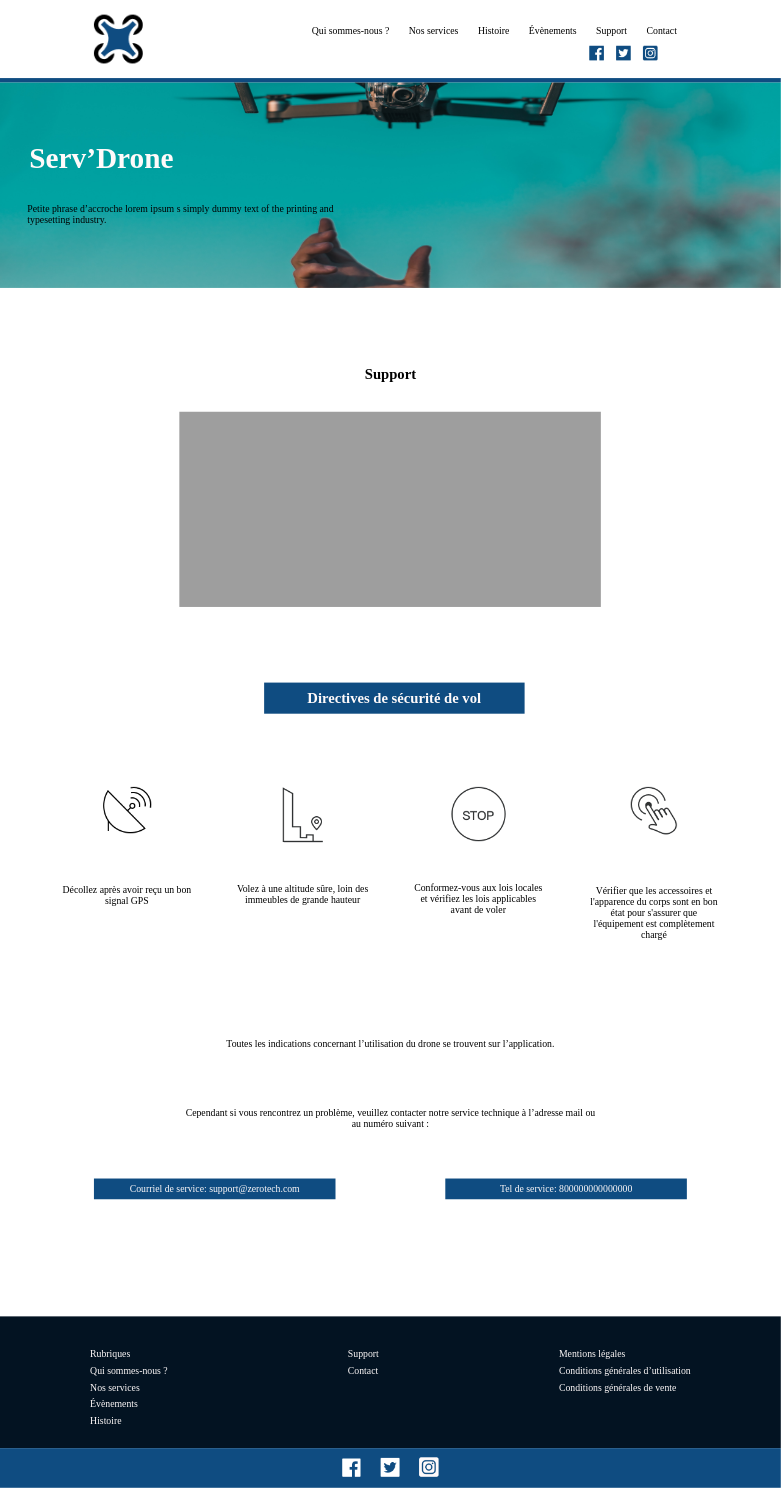
Repository: clairedupuich/serv_drone
Page: http://localhost/support.html
An editor plug-in stored every save of this project. The page is shown before and after a run of saves, followed by the edit.
The browser window is 1280 px wide. The pictures show the whole page, at 61% of full size.
Pictures or frames that could not be fetched are drawn as grey boxes. The page is run by PHP 8.4 with error messages shown; the project is at /var/www/html/.

Above is the page before, as saved 2020-10-29 23:43:03.

### support.html
<!DOCTYPE html>
<html lang="en">

<head>
    <meta charset="UTF-8">
    <meta name="viewport" content="width=device-width, initial-scale=1.0">
    <title>Document</title>
    <link rel="stylesheet" href="style.css">
</head>

<body>
    <header>
        <section class="navLogo">
            <img src="img/Group 5.png" class="logo">
            <div class="navAndIcon">
                <ul class="nav">
                    <li class=""> <a href=""> Qui sommes-nous ?</a></li>
                    <li class=""> <a href=""> Nos services</a></li>
                    <li class=""> <a href=""> Histoire</a></li>
                    <li class=""> <a href=""> Évènements</a></li>
                    <li class=""> <a href=""> Support</a></li>
                    <li class=""> <a href=""> Contact</a></li>
                </ul>

                <div class="iconHeader">
                  <a href="" class="iconHaut"><img src="img/Vector.png" alt=""></a>
                  <a href="" class="iconHaut"><img src="img/Vector(1).png" alt=""></a>
                  <a href="" class="iconHaut"><img src="img/Vector(2).png" alt=""></a>
                </div>
            </div>
        </section>
        <section class="grandImg">
            <h2>Serv’Drone</h2>
            <p class="inHeaderP">Petite phrase d’accroche lorem ipsum s simply dummy text
                of the printing and typesetting industry.</p>
        </section>
    </header>
    <section class="contenueSupport">
        <section class="videoDiv">
            <h2>Support</h2>
            <iframe width="60%" min-width="320px" height="320px" src="https://www.youtube.com/embed/rnkqKYyqMcI" frameborder="0"
                allow="accelerometer; autoplay; clipboard-write; encrypted-media; gyroscope; picture-in-picture"
                allowfullscreen></iframe>
        </section>
        <h2 class="titreIcon">Directives de sécurité de vol</h2>
        <section class="iconText">
            <figure class="fig">
                <img src="img/index7.png" alt="" class="icon icon1" />
                <figcaption>Décollez après avoir reçu un bon signal GPS</figcaption>
            </figure>
            <figure class="fig">
                <img src="img/index5.png" alt="" class="icon" />
                <figcaption>Volez à une altitude sûre, loin des immeubles de grande hauteur</figcaption>
            </figure>
            <figure class="fig">
                <img src="img/index4.png" alt="" class="icon" />
                <figcaption>Conformez-vous aux lois locales et vérifiez les lois applicables avant de voler</figcaption>
            </figure>
            <figure class="fig">
                <img  src="img/index6.png" alt="" class="icon icon4" />
                <figcaption>Vérifier que les accessoires et l'apparence du corps sont en bon état pour s'assurer que
                    l'équipement est complètement chargé</figcaption>
            </figure>
        </section>
        <section class="">
            <p class="repaire">Toutes les indications concernant l’utilisation du drone se trouvent sur l’application.</p>
            <p class="repaire">Cependant si vous rencontrez un problème, veuillez contacter notre service technique à l’adresse mail ou au numéro suivant :</p>
            <div class="teleMail">
                <p class="tele">Courriel de service: support@zerotech.com</p>
                <p class="mail">Tel de service: 800000000000000</p>
            </div>
        </section>
    </section>
    <footer>
        <div class="textFooterC">
            <div class="texFooter">
                <a href="" class="textFooterEle">Rubriques</a>
                <a href="" class="textFooterEle">Qui sommes-nous ? </a>
                <a href="" class="textFooterEle">Nos services</a>
                <a href="" class="textFooterEle">Évènements</a>
                <a href="" class="textFooterEle">Histoire</a>


            </div>
            <div class="texFooter">
                <a href="" class="textFooterEle">Support</a>
                <a href="" class="textFooterEle">Contact</a>
            </div>
            <div class="texFooter">
                <a href="" class="textFooterEle">Mentions légales</a>
                <a href="" class="textFooterEle">Conditions générales d’utilisation</a>
                <a href="" class="textFooterEle">Conditions générales de vente</a>
            </div>
        </div>
        <div class="iconsFooter">
               <img src="img/Vector 1.png" alt="" class="iconFooter">
               <img src="img/Vector2.png" alt="" class="iconFooter">
               <img src="img/Vector 3.png" alt="" class="iconFooter">
        </div>
    </footer>
</body>

</html>

### style.css
/* header commence ci-desous */
.navLogo {
    display: flex;
    flex-wrap: wrap;
    flex-direction: row;
    justify-content: space-around;
    align-items: center;
    padding: 1.5em;
}
.logo {
    width: 5em;
    height: 5em;
    margin-left: 0;
}
.nav {
    display: flex;
    flex-wrap: wrap;
    flex-direction: row;
    justify-content: space-between;
    margin-bottom: 0;
}
.nav > li {
    text-decoration: none;
    transition-property: transform;
    transition-duration: .2s;
    transform: scale(1);
    padding: 1em;
    list-style: none;
}
.nav > li > a {
    list-style: none;
    color:black;
    text-decoration: none;

}
.nav > li:hover {
    transform: scale(1.3);
    color: rgb(10, 23, 204);

}

.nav > li > a:hover {
    transform: scale(1.3);
    color: rgb(10, 23, 204);

}
.iconHeader {
    text-align: end;
   margin-right: 3em;
}
.iconHaut {
    margin-left: 1em;
}
.grandImg {
    background-image: url(img/headerimg.png);
    border-top: 7px solid #0F4C81;
    background-repeat: no-repeat;
    background-origin: border-box;
    background-position: center;
}
.grandImg > h2 {
    color: snow;
    font-size:3em ;
    margin: 0 auto 1em 1em;
    padding-top: 2em;
}
.inHeaderP {
    width: 40%;
    margin-bottom: 7em;
    padding-bottom: 8%;
    padding-left: 3.5%;
}
@media screen and (max-width: 770px) {
    .inHeaderP {
        width: 70%;
        margin-bottom: 6em;
        padding: 8% auto;
    }
    .grandImg > h2 {
        color: snow;
        font-size:2em ;
        margin: 0 auto 1em 1em;
        padding-top: 2em;
    }
}
/* page support commence */
*{
    margin: 0;
    padding: 0;
}
.videoDiv,
.iconText, {
    margin-bottom: 7em;
}
.contenueSupport {
   margin: 4em auto;
   padding: 1em 4em;
   text-align: center;
}
iframe {
    min-width: 300px;
}
.videoDiv > h2 {
   margin-bottom: 2em;
}

/* les icons de page support commence */
.titreIcon {
    color: snow;
    background-color: #0F4C81;
    margin: 5em 32%;
    padding: .5em;
    width: 35%;
}

.iconText {
    display: flex;
    flex-direction: row;
    flex-wrap: wrap;
    justify-content: space-around;
}
.fig {
    width: 25%;
    margin-bottom: 7em;
}
.icon {
    margin-bottom: 2em;
}
.icon1,
.icon4 {
    margin-bottom: 3em;
}
.fig > figcaption {
    text-align: center;
    padding: 2em;
}

.repaire {
    margin-bottom: 4em;
    padding: 1em 15em;
}
.teleMail {
    display: flex;
    flex-direction: row;
    flex-wrap: wrap;
    justify-content: space-around;
}
.tele,
.mail {
    color: snow;
    background-color: #0F4C81;
    margin-bottom: 3em;
    padding: .5em;
    width: 33%;
}

/* page qui somme nous commence */
.quiHaut {
    text-align: center;
    background-color: #031322;
    background-clip: border-box;
    padding: 3em 17%;
    color: snow;
}
.littleTitre {
    font-weight: bold;
    padding: 2em;
    font-size: 1.2em;
}
.quiText {
    padding-bottom: 9em;
    line-height: 1.5em;
    text-align: justify;
}
.chefs {
    /* background-color: #031322; */
    background-clip: border-box;
    padding:2em 8%;
   /*  color: snow; */
}
.chefs > h4 {
    margin-left: 4em;
}
.man {
    display: flex;
    flex-wrap: wrap;
    flex-direction: row;
    justify-content: space-around;
    margin-bottom: 6em;
}
.imgMan2 {
    display: none;
}
.manText {
    width: 35%;
    text-align: justify;

}
@media screen and (max-width: 380px){
    .manText {
        width: 65%;
        text-align: justify;

    }
    .imgMan2 {
        display: block;
    }
    .imgManComputer {
        display: none;
    }
}

/* footer commence */
footer {

    color: snow;
    margin-top: 8em;
}
.textFooterC {
    background-color: #031322;
    display: flex;
    flex-direction: row;
    flex-wrap: wrap;
    justify-content: space-around;
    padding-top: 3em;
    padding-bottom: 2em;
}
.texFooter {
    display: flex;
    flex-direction: column;
    line-height: 1.7em;
    background-clip: border-box;
}
/* .textFooter2 {
    margin-right: 19em;
} */
.textFooterEle {
    text-decoration: none;
    list-style: none;
    color: snow;
}
.iconsFooter {
    background-color: #0F4C81;
    text-align: center;
}
.iconFooter{
   padding: 0.9em;
}

/* page contact commence */
.contenueContact {
    padding:2em 9%;
    background-color: #f2f3f3;
    background-clip: border-box;
}
.contact {
    display: flex;
    flex-direction: row;
    flex-wrap: wrap;
    justify-content: space-around;
    margin-bottom: 3em;
}
.contact > p {
    background-color: #ffffff;
    padding: 10% 2em;
    border-radius: 3em;
    margin-bottom: 1.5em;

}
.contact > p > span {
    font-size: 1.5em;
    display: block;
    margin-bottom: 1em;
}
.contact_img {
    border-radius: 3em;
    width: 40%;
    min-width: 20em;
}

/* formulaire ci-desous */
.cont h2 {
    margin: 6em auto 2em;
    text-align: center;
    width: 80%;
}

.hform {

    background-image: url(img/drone2.png);
    background-repeat: no-repeat;
    background-position-x: right;
    background-position-y: top;
}

.cont h3 {
    margin-bottom: 1em;
}

.contat-p {
    padding: 8px auto;
}

form {
    margin-top: 1.5em;

}

.nomemail {
    display: flex;
    flex-direction: row;
    flex-wrap: wrap;
    justify-content: space-between;

}

.form-nom {
    width: 40%;
    min-width: 16em;
}

.form-emil {
    width: 40%;
    margin-right:.5em;
    min-width: 16em;
}

.name {

    color: rgb(39, 37, 37);
    padding: 1em;
    width: 100%;
    margin: 0.7em auto;
}

.textarea {
    width: 100%;
    padding: 1.5em;
    font-size: 1em;
    margin-bottom: 2em;
    font-style: italic;

}

.contact-submit input {
    padding: .6em;
    font-size: 1em;
    background-color: #febf01;
    border: darkslategrey solid 1px;
    box-shadow: 2px 3x 6px black;
    border-radius: 3px;
    color: cornsilk;
    cursor: pointer;
}
@media screen and (max-width: 556px) {
    footer {
        margin-top: 5em;
        text-align: center;
    }
    .textFooterC {
        display: flex;
        flex-direction: column;
        flex-wrap: wrap;
        justify-content: space-around;
        padding-top: 3em;
        padding-bottom: 2em;
    }
    .texFooter {
        display: flex;
        flex-direction: column;
        line-height: 1.7em;
        background-clip: border-box;
    }

    .cont {
        background-image: url(img/drone2.png);
        background-repeat: no-repeat;
        background-position-x: right;
        background-position-y: top;
    }
    .hform {

        background-image: url();
    }

    .textarea {
        width: 92%;
    }

}
/* formulaier fini ici */

/* page d'aceuill commence */

.containerService {
    display: flex;
    flex-direction: row;
    flex-wrap: wrap;
    justify-content: space-around;
}
.imgService {
    width: 560px;
    height: 315px;
}
.textService {
    width: 40%;

}

After the next 2 saves:
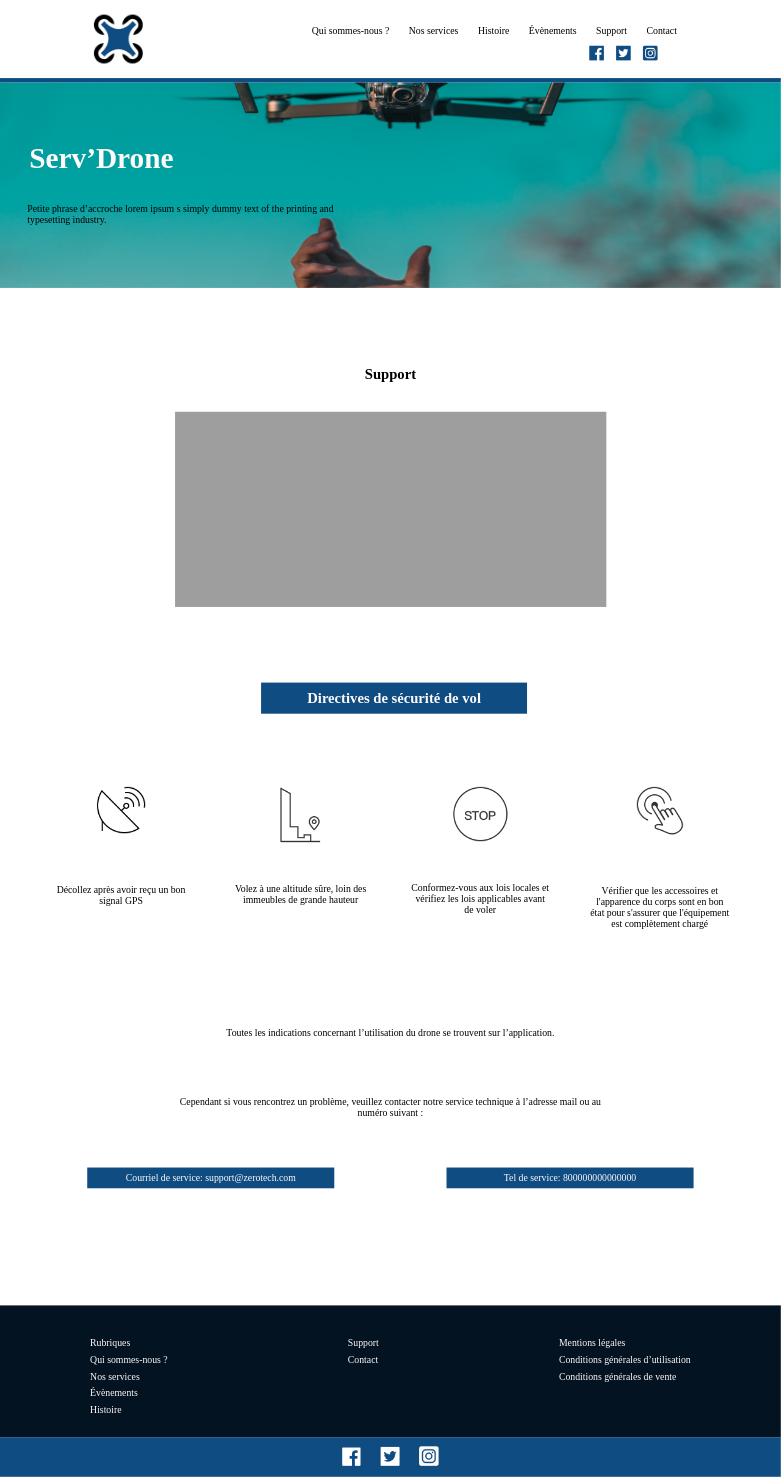
The 2 saves are shown as one change because they came seconds apart.
The last was saved 108 s later.
--- a/style.css
+++ b/style.css
@@ -94,7 +94,7 @@
 }
 .contenueSupport {
    margin: 4em auto;
-   padding: 1em 4em;
+   padding: 1em 4%;
    text-align: center;
 }
 iframe {
